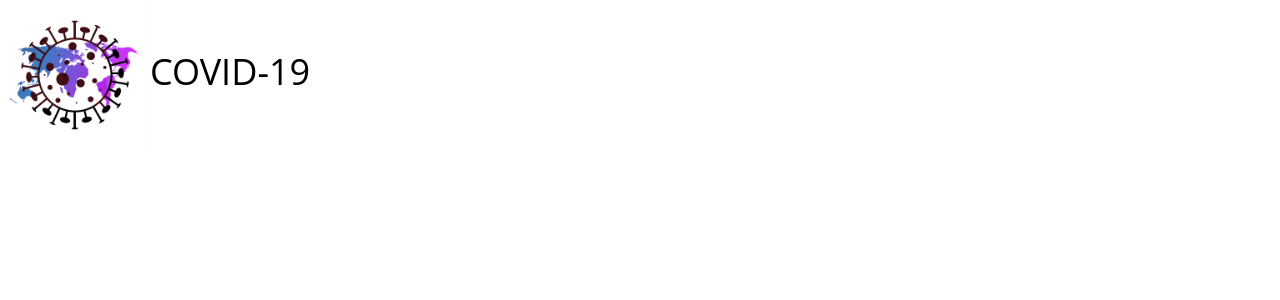
Repository: AndreyRi13/1erparcial1151804
Page: casos.html
An editor plug-in stored every save of this project. The page is shown before and after the next save, followed by the edit.
The browser window is 1280 px wide. The pictures show the whole page.
The page's requests for data from a server got no answer.

Above is the page before, as saved 2020-10-06 07:47:46.
Console error (its wording comes from the project's code and is left out).

### casos.html
<!DOCTYPE html>
<html lang="en">
<head>
    <meta charset="UTF-8">
    <meta name="viewport" content="width=device-width, initial-scale=1.0">
    <link rel="stylesheet" href="https://stackpath.bootstrapcdn.com/bootstrap/4.5.2/css/bootstrap.min.css" integrity="sha384-JcKb8q3iqJ61gNV9KGb8thSsNjpSL0n8PARn9HuZOnIxN0hoP+VmmDGMN5t9UJ0Z" crossorigin="anonymous">
    <script src="https://stackpath.bootstrapcdn.com/bootstrap/4.5.2/js/bootstrap.min.js" integrity="sha384-B4gt1jrGC7Jh4AgTPSdUtOBvfO8shuf57BaghqFfPlYxofvL8/KUEfYiJOMMV+rV" crossorigin="anonymous"></script>
    <title>COVID-19</title>
    <link rel='stylesheet' type='text/css' media='screen' href='/css/estilo.css'>
</head>
<body>

        <header>
        <H1><img src="/img/hiclipart.com.png" alt="logo" width="150" height="150">COVID-19</H1>
        </header>









</body>
</html>

### css/estilo.css
h1 {
    font-size: 36px;
    color: #000;
    font-family: 'Open Sans';
    }
    #button {
        background-color: #ccc;
        color: #fff;
        width: 100px;
        padding: 20px;
        border: 1px solid #000;
        border-radius: 5px;
        }

After the next save:
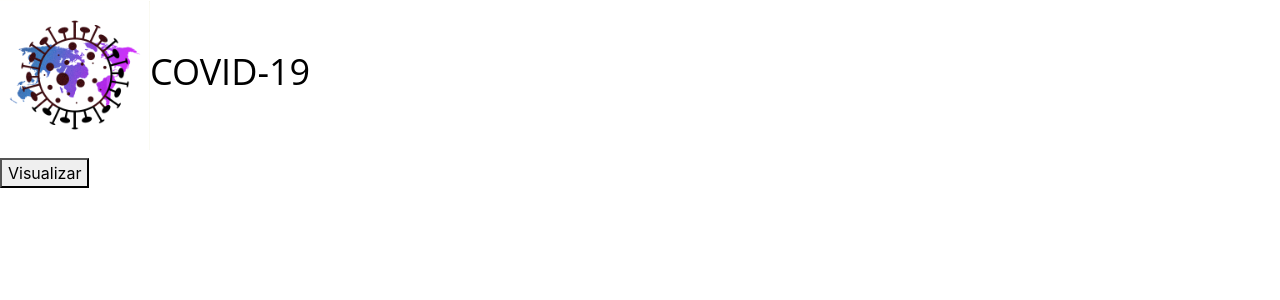
Saved 31 s later.
--- a/casos.html
+++ b/casos.html
@@ -17,10 +17,24 @@
 
 
 
+        <div id="datosPersona"></div>
 
+        <script>
+        var requestURL = 'http://localhost:8383/Semana04-2018-2/Resources/json/alumnoUTP.json';
+        var request = new XMLHttpRequest();
+        request.open('GET', requestURL);
+        request.responseType = 'json';
+        request.send();
 
+        function cargarDatos()
+        {
+            var DatosJson = request.response;
+            document.getElementById("datosPersona").innerHTML=DatosJson;
+        }
 
-
-
-</body>
+        </script>
+        <button type="button" onclick="cargarDatos()">
+        Visualizar
+        </button>
+      </body>
 </html>
